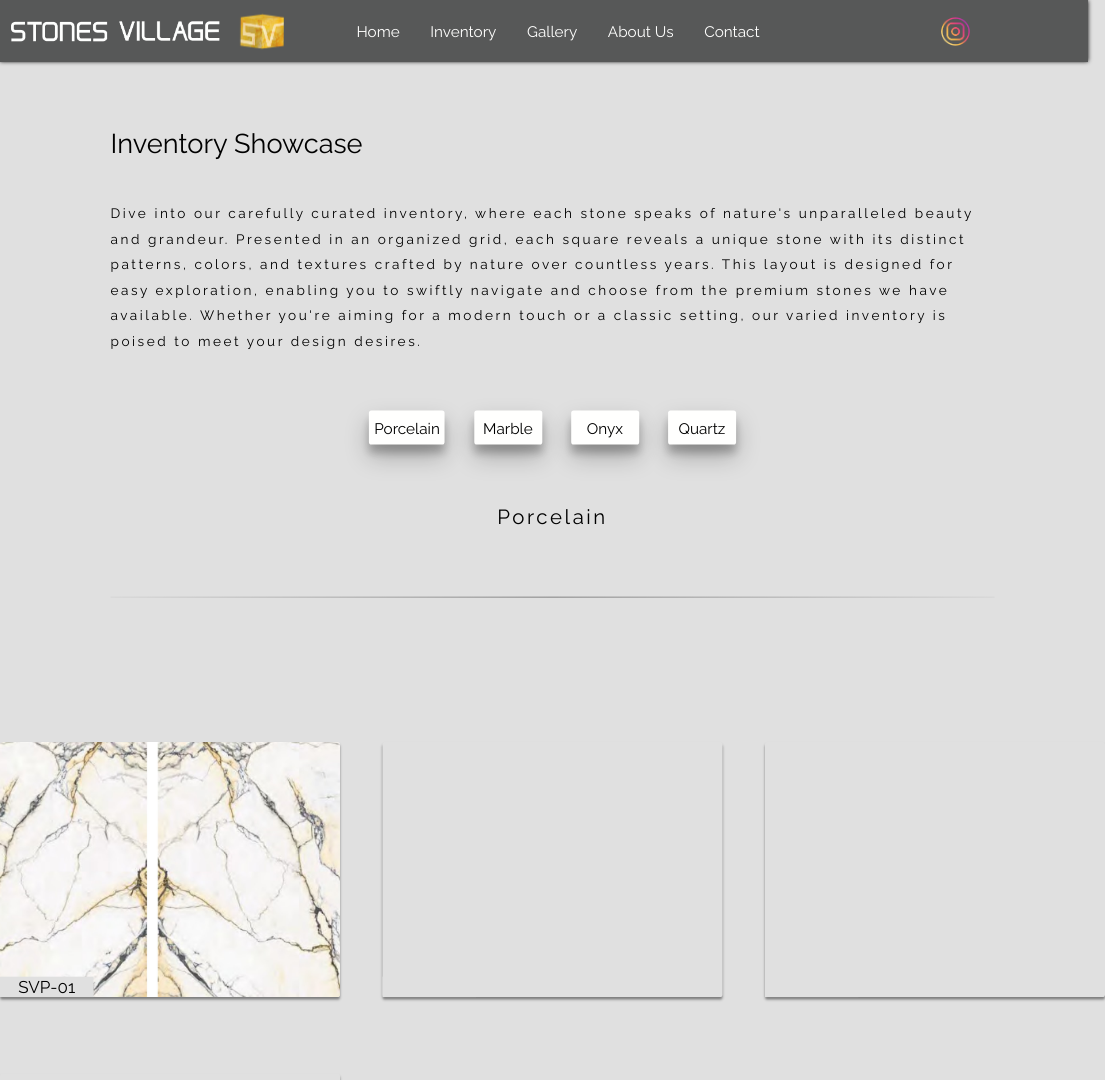
Repository: shayanabedi98/Stones-Village
Page: inventory.html
The author's editor kept a copy of each file at every save. The page is drawn from the files as they stood at one save, then again after the next save.
The browser window is 1280 px wide. The page is 1300 px wide, so the pictures cover 1300 px, including what lies to the right of the window. The pictures show the part of the page from y = 0 to 1270 px (the page is 9084 px tall before and 8471 px after), at 85% of full size.
Pictures or frames that could not be fetched are drawn as grey boxes.

Above is the page before, as saved 2023-11-06 16:09:37.
Console error: TypeError: Cannot read properties of null (reading 'style')

After the next save:
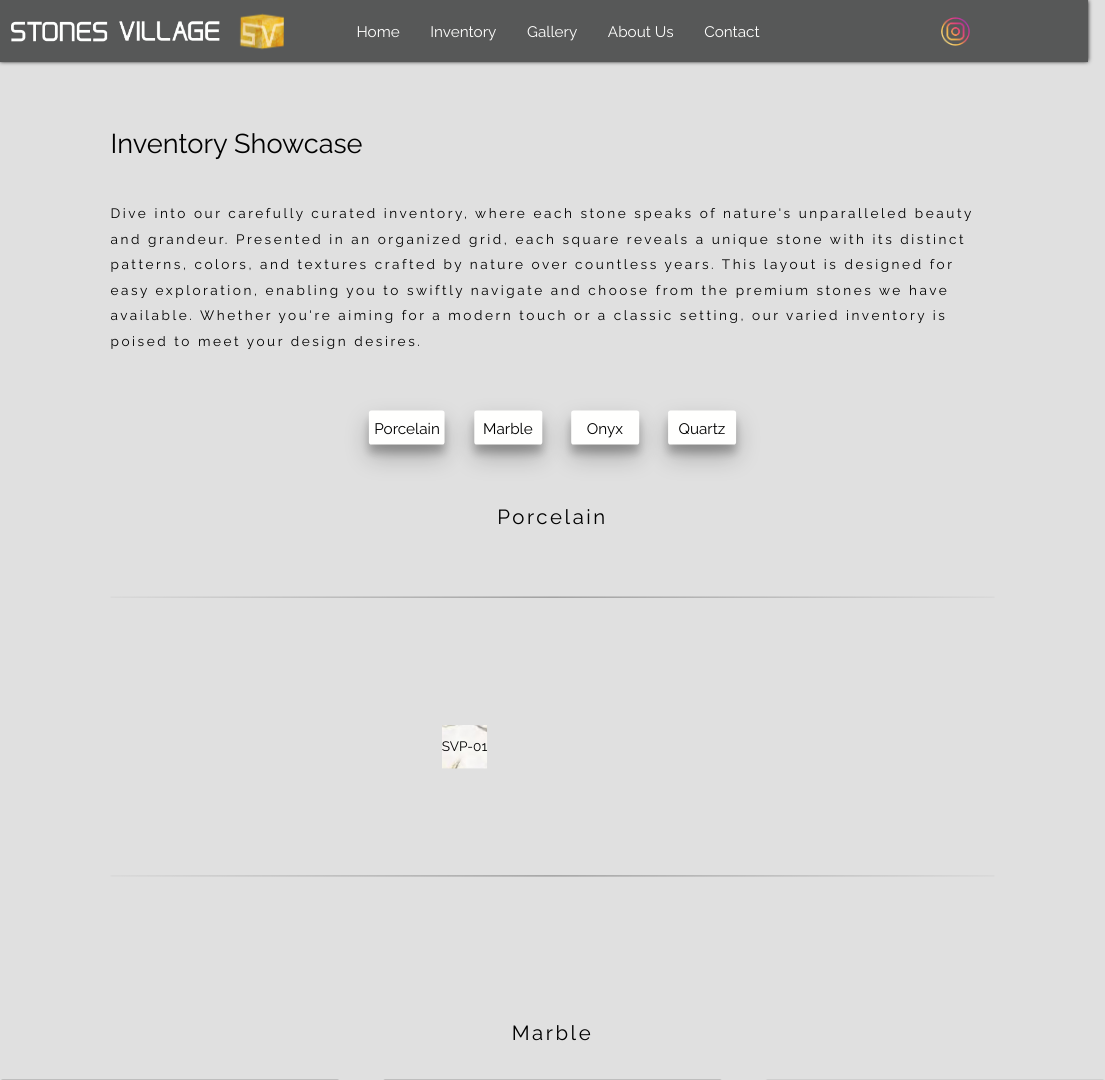
Saved 31 s later.
--- a/inventory.html
+++ b/inventory.html
@@ -87,16 +87,16 @@
             <h2>Porcelain</h2>
             <hr id="porcelain">
             <div class="porcelain">
-                <div class="item svp-01">
+                <div class="item-p svp-01">
                     <p class="name">SVP-01</p>
                 </div>
-                <div class="item svp-02">
+                <div class="item-p svp-02">
                     <p class="name"></p>
                 </div>
-                <div class="item svp-03">
+                <div class="item-p svp-03">
                     <p class="name"></p>
                 </div>
-                <div class="item svp-04">
+                <div class="item-p svp-04">
                     <p class="name"></p>
                 </div>
             </div>
